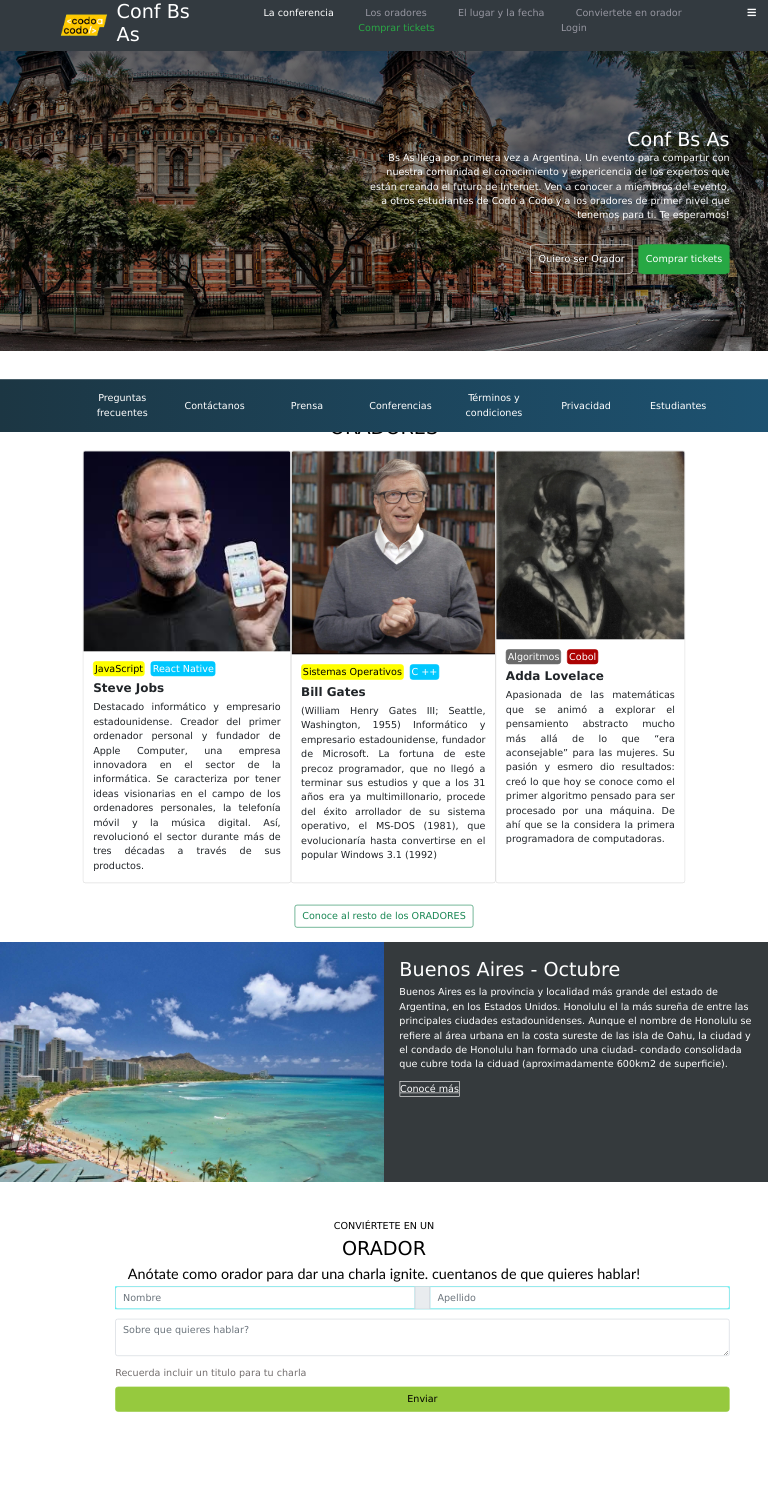
Repository: carolinaeramirez/tpntegrador_cac_23552
Page: http://localhost/integrador_cac/
These files come from the project's save history. The page is drawn as it stood at one moment and after the next save; the edit follows.
The browser window is 1280 px wide. The pictures show the whole page, at 60% of full size.
The page is served by Tomcat 9. Other server files are loaded and not shown.

Above is the page before, as saved 2023-12-15 19:48:09.

### integrador_cac/src/main/webapp/index.jsp
<%@ page language="java" contentType="text/html; charset=UTF-8"
    pageEncoding="UTF-8"%>

<!DOCTYPE html>
<html lang="en">
  <head>
    <meta charset="UTF-8" />
    <meta name="viewport" content="width=device-width, initial-scale=1.0" />
    <title>Proyecto integrador |GRUPO 5</title>
    <link
      rel="stylesheet"
      href="https://cdnjs.cloudflare.com/ajax/libs/font-awesome/5.15.3/css/all.min.css"
    />
    <link
      rel="shortcut icon"
      href="./assets/img/favicon.ico"
      type="image/x-icon"
    />
    <link
      href="https://cdn.jsdelivr.net/npm/bootstrap@5.0.2/dist/css/bootstrap.min.css"
      rel="stylesheet"
      integrity="sha384-EVSTQN3/azprG1Anm3QDgpJLIm9Nao0Yz1ztcQTwFspd3yD65VohhpuuCOmLASjC"
      crossorigin="anonymous"
    />
    <link rel="stylesheet" href="./css/estilos.css" />
  </head>
  <body>

    <jsp:include page="header.jsp"/>

    <!-- LA CONFERENCIA -->
    <section id="conferencia" class="section_conferencia">
      <h1>Conf Bs As</h1>
      <p>
        Bs As llega por primera vez a Argentina. Un evento para compartir con
        nuestra comunidad el conocimiento y expericencia de los expertos que
        están creando el futuro de Internet. Ven a conocer a miembros del
        evento, a otros estudiantes de Codo a Codo y a los oradores de primer
        nivel que tenemos para ti. Te esperamos!
      </p>
      <div class="section_conferencia_button">
        <a class="quiero_ser_orador" href="#formularioOrador"
          >Quiero ser Orador</a
        >
        <a class="comprar_tickets" href="tickets.jsp"
          >Comprar tickets</a
        >
      </div>
    </section>
    <!-- LOS ORADORES -->
    <main>
      <section id="oradores" class="oradores">
        <div class="titulo-subtitulo">
          <h2 class="subtitulo">CONOCE A LOS</h2>
          <h1 class="titulo">ORADORES</h1>
        </div>
        <div class="contenedor-tarjetas">
          <div class="card">
            <img
              src="./assets/img/steve.jpg"
              class="card-img-top"
              alt="imagen de Steve Jobs mostrando un celular"
            />
            <div class="card-body">
              <div class="temas">
                <h6 class="colorAmarillo">JavaScript</h6>
                <h6 class="colorCeleste">React Native</h6>
              </div>
              <h5 class="card-title">Steve Jobs</h5>
              <p class="card-text">
                Destacado informático y empresario estadounidense. Creador del
                primer ordenador personal y fundador de Apple Computer, una
                empresa innovadora en el sector de la informática. Se
                caracteriza por tener ideas visionarias en el campo de los
                ordenadores personales, la telefonía móvil y la música digital.
                Así, revolucionó el sector durante más de tres décadas a través
                de sus productos.
              </p>
              <!-- <a href="#" class="btn btn-primary">Go somewhere</a> -->
            </div>
          </div>

          <div class="card">
            <img
              src="./assets/img/bill.jpg"
              class="card-img-top"
              alt="Imagen de Bill Gates tomandose las manos"
            />
            <div class="card-body">
              <div class="temas">
                <h6 class="colorAmarillo">Sistemas Operativos</h6>
                <h6 class="colorCeleste">C ++</h6>
              </div>
              <h5 class="card-title">Bill Gates</h5>
              <p class="card-text">
                (William Henry Gates III; Seattle, Washington, 1955) Informático
                y empresario estadounidense, fundador de Microsoft. La fortuna
                de este precoz programador, que no llegó a terminar sus estudios
                y que a los 31 años era ya multimillonario, procede del éxito
                arrollador de su sistema operativo, el MS-DOS (1981), que
                evolucionaría hasta convertirse en el popular Windows 3.1 (1992)
              </p>
              <!-- <a href="#" class="btn btn-primary">Go somewhere</a> -->
            </div>
          </div>

          <div class="card">
            <img
              src="./assets/img/ada.jpeg"
              class="card-img-top"
              alt="Retrato en blanco y negro de Adda Lovelace"
            />
            <div class="card-body">
              <div class="temas">
                <h6 class="colorGris">Algoritmos</h6>
                <h6 class="colorRojo">Cobol</h6>
              </div>
              <h5 class="card-title">Adda Lovelace</h5>
              <p class="card-text">
                Apasionada de las matemáticas que se animó a explorar el
                pensamiento abstracto mucho más allá de lo que “era aconsejable”
                para las mujeres. Su pasión y esmero dio resultados: creó lo que
                hoy se conoce como el primer algoritmo pensado para ser
                procesado por una máquina. De ahí que se la considera la primera
                programadora de computadoras.
              </p>
              <!-- <a href="#" class="btn btn-primary">Go somewhere</a> -->
            </div>
          </div>
        </div>
          </section>
		    <section class="container mb-4 text-center" id="restoOradores">
		       <a class="btn btn-outline-success" href="<%=request.getContextPath()%>/FindAllOradorController">Conoce al resto de los ORADORES</a>
		    </section>



      <section id="lugarFecha" class="lugar_fecha">
        <div class="lugar_fecha_imagen">
          <img src="./assets/img/honolulu.jpg" alt="Honolulu" loading="lazy"/>
        </div>
        <div class="lugar_fecha_texto">
          <h2>Buenos Aires - Octubre</h2>
          <p>
            Buenos Aires es la provincia y localidad más grande del estado de
            Argentina, en los Estados Unidos. Honolulu el la más sureña de entre
            las principales ciudades estadounidenses. Aunque el nombre de
            Honolulu se refiere al área urbana en la costa sureste de las isla
            de Oahu, la ciudad y el condado de Honolulu han formado una ciudad-
            condado consolidada que cubre toda la ciduad (aproximadamente 600km2
            de superficie).
          </p>
          <a class="lugar_fecha_conoce_mas" href="./pages/404.html"
            >Conocé más</a
          >
        </div>
      </section>

     <section>
      <div id="formularioOrador">
        <div class="titulo-subtitulo">
          <h2 class="subtitulo">CONVIÉRTETE EN UN</h2>
          <h1 class="titulo">ORADOR</h1>
          <h3 class="info">
            Anótate como orador para dar una charla ignite. cuentanos de que
            quieres hablar!
          </h3>
        </div>
        <div class="formulario-row">
          <div class="input-group mb-3">
            <input type="text" class="form-control" placeholder="Nombre" />
            <span class="input-group-text"> </span>
            <input type="text" class="form-control" placeholder="Apellido" />
          </div>
        </div>
        <div class="input-textarea">
          <div class="input-group mb-3">
            <textarea
              class="form-control"
              placeholder="Sobre que quieres hablar?"
            ></textarea>
          </div>
          <label for="textarea" class="label-textarea"
            >Recuerda incluir un titulo para tu charla</label
          >
          <input type="button" value="Enviar" class="btn-enviar" />
        </div>
      </div>
     </section>
    </main>

     <jsp:include page="footer.jsp"/>
  </body>
  <script src="./js/menu.js"></script>
  <script
    src="https://cdn.jsdelivr.net/npm/bootstrap@5.0.2/dist/js/bootstrap.bundle.min.js"
    integrity="sha384-MrcW6ZMFYlzcLA8Nl+NtUVF0sA7MsXsP1UyJoMp4YLEuNSfAP+JcXn/tWtIaxVXM"
    crossorigin="anonymous"
  ></script>
</html>

### integrador_cac/src/main/webapp/header.jsp
 <header>
      <div class="encabezado">
        <div class="encabezado__logo">
          <a
            href="https://buenosaires.gob.ar/educacion/codo-codo-40"
            target="_blank"
          >
            <img
              class="encabezado__logo__img"
              src="assets/img/codoacodo.png"
              alt="logo de codo a codo 4.0"
              loading="lazy"
            />
          </a>
        </div>
        <div class="encabezado__titulo">
          <h2>Conf Bs As</h2>
        </div>
        <nav class="encabezado__nav">
          <ul>
            <li>
              <a class="encabezado_conferencia" href="index.jsp#conferencia"
                >La conferencia</a
              >
            </li>
            <li>
              <a class="encabezado_links" href="index.jsp#oradores">Los oradores</a>
            </li>
            <li>
              <a class="encabezado_links" href="index.jsp#lugarFecha"
                >El lugar y la fecha</a
              >
            </li>
            <li>
              <a class="encabezado_links" href="index.jsp#formularioOrador"
                >Conviertete en orador</a
              >
            </li>
            <li>
              <a class="encabezado_comprar_tickets" href="tickets.jsp"
                >Comprar tickets</a
              >
            </li>
            <li>
              <a class="encabezado_links" href="login.jsp"
                >Login</a
              >
            </li>
          </ul>
        </nav>
        <div class="encabezado__hamburguesa">
          <i class="fas fa-bars" id="hamburguesa"></i>
        </div>
      </div>
    </header>

### integrador_cac/src/main/webapp/footer.jsp
<footer class="footer_contenedor">
      <a class="anclas_footer" href="">Preguntas frecuentes</a>
      <a class="anclas_footer" href="">Contáctanos</a>
      <a class="anclas_footer" href="">Prensa</a>
      <a class="anclas_footer" href="">Conferencias</a>
      <a class="anclas_footer" href="">Términos y condiciones</a>
      <a class="anclas_footer" href="">Privacidad</a>
      <a class="anclas_footer" href="">Estudiantes</a>
    </footer>

### integrador_cac/src/main/webapp/css/estilos.css
* {
  margin: 0;
  padding: 0;
  box-sizing: border-box;
  font-family: "Lucida Sans", "Lucida Sans Regular", "Lucida Grande",
    "Lucida Sans Unicode", Geneva, Verdana, sans-serif;

}

/* Encabezado */.encabezado {
  width: 100%;
  padding-left: 5%;
  padding-right: 5%;
  height: 15%;
  background-color: rgb(51, 58, 64);
  display: flex;
  align-items: center;
  justify-content: flex-start;
  flex-direction: row;

  /* Responsive */
  @media (max-width: 768px) {
    flex-direction: row;
    align-items:center;
    justify-content: space-between;
  }
}

.encabezado__logo {
  margin-left: 2%;
  width: 10%;

  /* Responsive */
  @media (max-width: 768px) {
    margin-left: 0;
    width: 100%;
  }
}

.encabezado__logo__img {
  width: 100%;
}

.encabezado__titulo {
  width: 15%;
  color: white;
  font-size: 1rem;

  /* Responsive */
}
@media (max-width: 768px) {
  .encabezado__titulo {
    margin-left: 0;
    width: 100%;
  }
}
.encabezado__nav {
  margin-right: 5%;
  width: 75%;
  display: flex;
  align-items: flex-end;
  justify-content: flex-end;
  flex-direction: row;
  position: relative;

  /* Responsive */
}
.encabezado__hamburguesa {
  color: white;
  position: absolute;
  right: 20px;
  top: 10px;
}
@media (max-width: 768px) {
  .encabezado__nav {
    display: none;
  }

  .encabezado__hamburguesa {
    display: block;
  }
}
.encabezado__nav ul {
  display: flex;
  align-items: flex-end;
  justify-content: space-evenly;
  flex-direction: row;
  flex-wrap: wrap;
  list-style: none;
}

.encabezado__nav ul li a {
  margin-left: 30px;
  text-decoration: none;
  font-size: 1rem;
}

.encabezado_conferencia {
  color: white;
}

.encabezado_links {
  color: rgb(151, 151, 161);
}

.encabezado_comprar_tickets {
  color: rgb(42, 168, 69);
}

/* conferencia Bs As */
.section_conferencia {
  width: 100%;
  background-image: linear-gradient(rgba(0, 0, 0, 0.5), rgba(0, 0, 0, 0.4)),
    url("../assets/img/palaciodelasaguas.jpg");
  background-size: cover;
  background-position: center;
  background-repeat: no-repeat;
  display: flex;
  flex-direction: column;
  align-content: flex-end;
  justify-content: flex-end;
  text-align: right;
  color: white;
  padding-right: 5%;
  padding-bottom: 10%;
  padding-top: 10%;

  /* Responsive */
}
@media (max-width: 768px) {
  .section_conferencia {
    padding-left: 0;
    padding-right: 0;
    text-align: center;
    flex-wrap: wrap;
  }
}
.section_conferencia h1 {
  font-size: 2rem;
  font-weight: 500;
  margin: 0;
  padding: 0;

  /* Responsive */
}
@media (max-width: 768px) {
  .section_conferencia h1 {
    font-size: 24px;
  }
}
.section_conferencia p {
  font-size: 1rem;
  font-weight: 400;
  margin-left: 50%;
  padding: 0;

  /* Responsive */
  @media (max-width: 768px) {
    font-size: 14px;
  }
}

.section_conferencia_button {
  font-size: 1.5rem;
  display: flex;
  justify-content: flex-end;
  padding-top: 20px;

  /* Responsive */
  @media (max-width: 768px) {
    display: flex;
    flex-direction: column;
    justify-content: center;
  }
}

.comprar_tickets {
  text-decoration: none;
  border-radius: 8%;
  border: none;
  background-color: rgb(39, 168, 68);
  color: white;
  padding: 1%;
  margin-left: 10px;
  font-size: 1rem;

  /* Responsive */
  @media (max-width: 768px) {
    margin: 0 auto;
  }
}

.quiero_ser_orador {
  text-decoration: none;
  border-radius: 8%;
  border: solid 1px white;
  color: white;
  padding: 1%;
  font-size: 1rem;

  /* Responsive */
  @media (max-width: 768px) {
    margin: 0 auto;
  }
}

/* LOS ORADORES */
.oradores {
  width: 80%;
  margin: 2% auto;
  text-align: center;
  padding-top: 5px;

  @media (max-width: 780px) {
    margin: 0;
    padding: 0;
    width: 100%;
    flex-direction: column;
  }
}
.contenedor-tarjetas {
  padding: 1%;
  display: flex;
  justify-content: space-between;
  /* Responsive */
}
@media (max-width: 780px) {
  .contenedor-tarjetas {
    margin: 0;
    padding: 0;
    width: 100%;
    flex-direction: column;
    flex-wrap: wrap;
  }
}
@media (max-width: 780px) {
  .card {
    flex-direction: column;
    width: 100%;
  }
}

.temas {
  display: flex;
  flex-direction: row;
  align-items: start;
  justify-content: start;
}
.colorCeleste {
  margin-left: 10px;
  padding: 2px;
  font-size: 1rem;
  background-color: rgb(0, 200, 255);
  color: white;
  border: 1px solid rgb(0, 200, 255);
  border-radius: 5px;
}
.colorAmarillo {
  font-size: 1rem;
  background-color: rgb(255, 255, 0);
  color: black;
  padding: 2px;
  border: 1px solid rgb(255, 255, 0);
  border-radius: 5px;
}
.colorGris {
  padding: 2px;
  font-size: 1rem;
  background-color: rgb(106, 106, 106);
  color: white;
  border: 1px solid rgb(106, 106, 106);
  border-radius: 5px;
}
.colorRojo {
  padding: 2px;
  margin-left: 10px;
  font-size: 1rem;
  background-color: rgb(171, 2, 2);
  color: white;
  border: 1px solid rgb(171, 2, 2);
  border-radius: 5px;
  text-align: left;
}
.card-title {
  text-align: left;
  font-weight: bold;
}
.card-text {
  text-align: justify;
}
/* honolulu section. */

.lugar_fecha {
  width: 100%;
  height: 400px;
  margin-top: 1%;
  display: flex;
  justify-content: space-between;
  flex-direction: row;
}

.lugar_fecha_imagen {
  max-width: 50%;
  overflow: hidden;
  align-items: center;
}
.lugar_fecha_imagen img {
  max-width: 100%;
  height: auto;
}

.lugar_fecha_texto {
  padding: 2%;
  width: 50%;
  background-color: rgb(53, 58, 61);
  display: flex;
  justify-content: start;
  align-content: flex-start;
  flex-wrap: wrap;
  text-align: left;
}
.lugar_fecha_texto h2 {
  color: white;
  font-size: 2rem;
}
.lugar_fecha_texto p {
  color: white;
  font-size: 1rem;
}
.lugar_fecha_conoce_mas {
  display: flex;
  flex-direction: row;
  align-items: end;
  justify-content: end;
  color: white;
  font-size: 1rem;
  border: solid 1px white;
}
@media (max-width: 780px) {
  .lugar_fecha {
    flex-direction: column;
    height: auto;
  }

  .lugar_fecha_imagen {
    max-width: 100%;
  }

  .lugar_fecha_texto {
    width: 100%;
  }
}
/* ***************************************************** */
/* Formulario oradores */

.formularioOrador {

  display: flex;
  justify-content: center;
  align-items: center;
  background-color: red;
  background-color: aqua;
  width: 80%;
  height: 100%;
  display: flex;
  justify-content: center;
  align-items: center;
  flex-direction: row;
  margin-bottom:10%

}
.titulo-subtitulo {
  margin-top: 5%;
  display: flex;
  justify-content: center;
  align-items: center;
  flex-direction: column;
}
.titulo-subtitulo .titulo {
  color: black;
  font-size: 2rem;
}
.titulo-subtitulo .subtitulo {
  color: black;
  font-size: 1rem;
}
.titulo-subtitulo .info {
  text-align: left;
  color: black;
  font-size: 1.5rem;
  font-family: "Gill Sans", "Gill Sans MT", Calibri, "Trebuchet MS", sans-serif;
}
.formulario-row {
  background-color: aqua;
  width: 80%;
  margin-left: 15%;
}
.input-textarea {
  width: 80%;
  height: auto;
  margin-left: 15%;
}
.label-textarea {
  color: rgb(115, 110, 110);
  font-size: 1rem;
  padding: 0;
}
.input {
  width: 100%;
  margin-right: 5%;

  border: solid 1px gray;
  border-radius: 5%;
}
.input_textarea {
  width: 105%;
  height: 20vh;
  display: block;
  justify-content: center;
  align-items: center;
  margin-top: 5%;
}
.btn-enviar {
  margin-top: 1%;
  width: 100%;
  padding: 8px;
  background-color: rgb(150, 201, 62);
  border-radius: 5px;
  border: solid 1px rgb(150, 201, 62);
  font-size: 1rem;

}
.btn-enviar:hover{
	background-color: rgb(103,201,05);
}

/* FOOTER */
.footer_contenedor {

  display: flex;
  flex-wrap: nowrap;
  flex-direction: row;
  justify-content: space-evenly;
  align-items: center;
  text-align: center;
  margin-top: 5%;
  padding: 20px 100px 20px 100px;
  background: linear-gradient(to right, rgb(28, 54, 67), rgb(29, 82, 113));
position:sticky;
  bottom: 0;
  width: 100%;

}
@media (max-width: 780px) {
  .footer_contenedor {
    align-items: start;
    justify-content: flex-start;
    flex-direction: column;
    height: auto;
position:sticky;
  bottom: 0;
  width: 100%;
  }
}
.footer_contenedor ul {
  list-style: none;
  display: flex;
  flex-wrap: nowrap;
  flex-direction: row;
  justify-content: space-evenly;
  align-items: center;
}
.anclas_footer {
  width: 10%;
  text-decoration: none;
  color: white;
  font-size: 1rem;
  margin-left: 5%;
}

/* PAGE TICKETS */
.main-tickets {
  width: 100%;
  height: auto;
}
/* ****************Categorias de descuentos************ */
.categoria {
  padding: 1%;
  display: flex;
  flex-direction: row;
  justify-content: space-evenly;
  width: 60%;
  margin-left: 20%;
  margin-top: 3%;
  align-items: center;
  align-content: center;
  /* gap: 10px; */
  flex-wrap: wrap;
}

.categoria__cat {
  width: 30%;
  height: 30%;
  display: flex;
  flex-direction: column;
  justify-content: center;
  align-items: center;
  flex-wrap: 10px;
  background: #ffffff;
  text-align: center;
  padding: 25px;
  transition: transform 0.3s;
}
.categoria__cat:hover {
  transform: scale(1.1);
  box-shadow: 0 0 10px rgba(0, 0, 0, 0.5);
}

.categoria__cat__title {
  text-align: center;
  font-family: Arial, Helvetica, sans-serif;
  font-size: 1.5rem;
  font-style: normal;
  font-weight: 600;
  line-height: normal;
  line-height: 2.5;
}

.categoria__cat__texto {
  font-size: 0.8rem;
  font-style: normal;
  font-weight: 400;
  line-height: normal;
  display: flex;
  flex-direction: column;
  line-height: 2.5;
}
.categoria__cat__porcentaje {
  text-align: center;
  font-family: Arial, Helvetica, sans-serif;
  font-size: 1rem;
  font-style: normal;
  font-weight: 600;
  line-height: normal;
  line-height: 2.5;
}
@media (max-width: 780px) {
  .categoria {
    margin-left: 20%;
    padding: 0;
    width: 70%;
    height: 30%;
    display: flex;
    justify-content: center;
    align-items: center;
    flex-direction: column;
    flex-wrap: wrap;
  }
  .categoria__cat {
    width: 100%;
    margin-top: 20px;
  }
}
/* Uso el id para darles los bordes de cada color a las categorias */
#estudiante {
  border: solid 2px;
  border-color: rgb(0, 123, 255);
}

#trainee {
  border: solid 2px;
  border-color: rgb(23, 162, 184);
}
#junior {
  border: solid 2px;
  border-color: rgb(255, 193, 7);
}

/* Formulario de compra de tickets */

.form {
  width: 100%;
  display: flex;
  flex-direction: column;
  justify-content: center;
  align-items: center;
  padding: 1% 10% 0% 10%;
}

.form__encabezado {
  display: flex;
  justify-content: center;
  flex-direction: column;
  align-items: center;
  line-height: 2;
}

.form-input-center {
  padding: 5px;
  display: flex;
  flex-direction: row;
  justify-content: space-between;
  width: 70%;
}


.input-center {
  margin-bottom: 10px;
  margin-right: 5px;
  display: flex;
  flex-direction: row;
  justify-content: space-between;
  width: 100%;
  border-radius: 5px;
  border: 1px solid rgb(141, 138, 138);
  padding: 2px;
}
@media (max-width: 780px) {
  .form-input-center {
    margin-left: 0%;
    padding: 0;
    width: 100%;
    display: flex;
    justify-content: center;
    align-items: center;
    flex-direction: column;
    flex-wrap: wrap;
  }

}
#categoria {
  padding: 1px;
  margin-left: 3px;
  width: 98%;
}

.input-label {
  font-size: 0.9rem;

  width: 100%;
  display: flex;
  justify-content: space-between;
  flex-direction: column;
}

/* pago y botones  */
.total {
  /* margin-top: 20px; */
  width: 70%;
  display: flex;
  align-items: center;
  justify-content: start;
  flex-direction: row;
  padding: 5px;
}
.total_pago {
  width: 100%;
  background-color: lightblue;
  border: 1px solid rgb(204, 229, 255);
  border-radius: 5px;
  font-size: 1rem;
  display: block;
  padding: 2px;
}
.botones {
  width: 70%;
  display: flex;
  justify-content: space-between;
  flex-direction: row;
  align-items: center;
  padding: 5px;
}
.boton {
  display: flex;
  justify-content: center;
  background-color: rgb(151, 201, 62);
  width: 50%;
  text-align: center;
  font-size: 1.2rem;
  color: white;
  border: 1px solid rgb(151, 201, 62);
  border-radius: 3px;
  /* margin-left: 5px; */
}

### integrador_cac/src/main/webapp/js/menu.js
const menu = document.querySelector('.encabezado__nav');
const hamburguesa = document.querySelector('.encabezado__hamburguesa');

hamburguesa.addEventListener('click', () => {
  const menu = document.querySelector('.encabezado__nav');

  menu.classList.toggle('open');
});

After the next save:
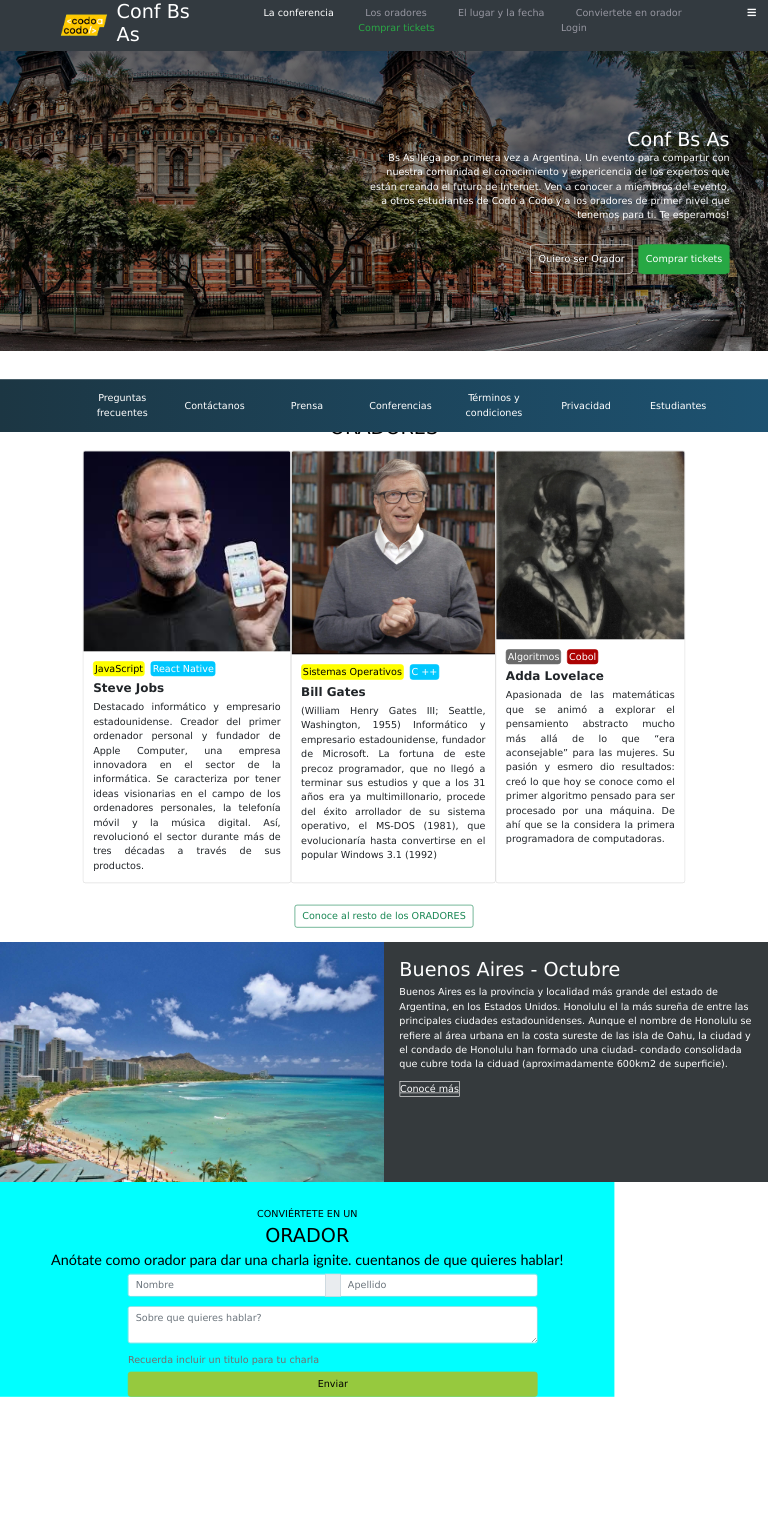
Saved 2 min 55 s later.
--- a/integrador_cac/src/main/webapp/index.jsp
+++ b/integrador_cac/src/main/webapp/index.jsp
@@ -156,7 +156,7 @@
         </div>
       </section>
 
-     <section>
+     <section class="formularioOrador">
       <div id="formularioOrador">
         <div class="titulo-subtitulo">
           <h2 class="subtitulo">CONVIÉRTETE EN UN</h2>
